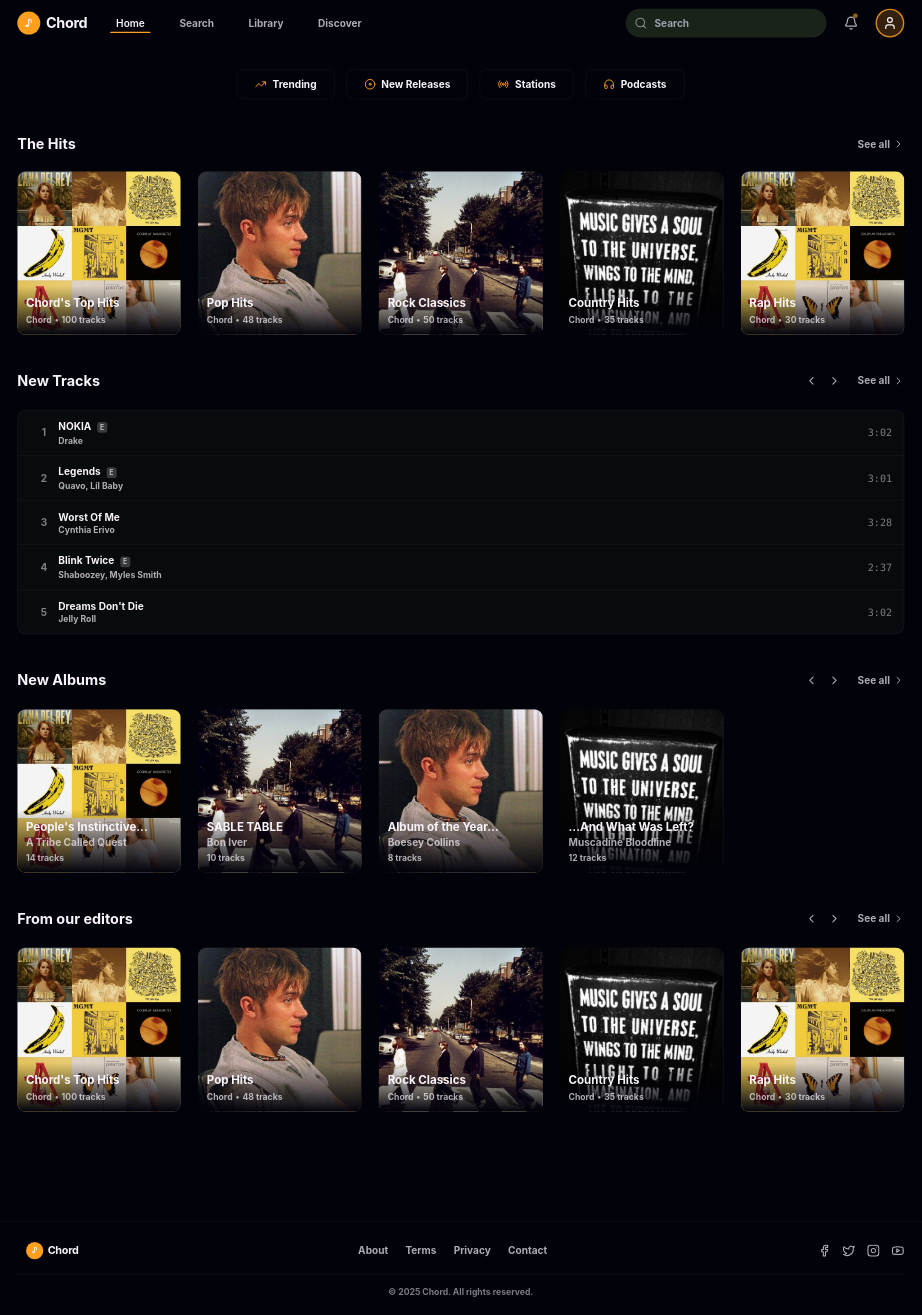
Repository: abhiijay/music-streaming-site
Page: /
An editor plug-in stored every save of this project. The page is shown before and after the next save, followed by the edit.
The browser window is 1280 px wide. The pictures show the whole page, at 72% of full size.
The project was rebuilt for these pictures with package versions that can differ from the ones it lists, and the page was loaded fresh each time. Also part of the build but not shown: vite.config.ts, src/components/ui/slider.tsx, src/components/now-playing.tsx, src/components/mini-player.tsx, src/pages/NotFound.tsx, src/hooks/use-toast.ts, src/components/ui/separator.tsx, src/pages/login.tsx and 17 more.

Above is the page before, as saved 2025-04-15 21:28:15.

### index.html
<!DOCTYPE html>
<html lang="en">
  <head>
    <meta charset="UTF-8" />
    <meta name="viewport" content="width=device-width, initial-scale=1.0" />
    <title>chord-blueprint-project</title>
    <meta name="description" content="Lovable Generated Project" />
    <meta name="author" content="Lovable" />

    <meta property="og:title" content="chord-blueprint-project" />
    <meta property="og:description" content="Lovable Generated Project" />
    <meta property="og:type" content="website" />
    <meta property="og:image" content="https://lovable.dev/opengraph-image-p98pqg.png" />

    <meta name="twitter:card" content="summary_large_image" />
    <meta name="twitter:site" content="@lovable_dev" />
    <meta name="twitter:image" content="https://lovable.dev/opengraph-image-p98pqg.png" />
  </head>

  <body>
    <div id="root"></div>
    <!-- IMPORTANT: DO NOT REMOVE THIS SCRIPT TAG OR THIS VERY COMMENT! -->
    <script src="https://cdn.gpteng.co/gptengineer.js" type="module"></script>
    <script type="module" src="/src/main.tsx"></script>
  </body>
</html>

### src/App.tsx

import { Routes, Route } from "react-router-dom";
import Index from "./pages/Index";
import NotFound from "./pages/NotFound";
import Login from "./pages/login";
import Album from "./pages/album";
import Playlist from "./pages/playlist";
import Collection from "./pages/collection";
import ForYou from "./pages/for-you";
import Explore from "./pages/explore";
import Search from "./pages/search";
import Notifications from "./pages/notifications";
import Artist from "./pages/artist";
import Profile from "./pages/profile";
import ViewAllPlaylists from "./pages/view-all-playlists";
import ViewAllAlbums from "./pages/view-all-albums";
import { PlayerProvider } from "./contexts/PlayerContext";
import "./index.css";

function App() {
  return (
    <PlayerProvider>
      <Routes>
        <Route path="/" element={<Index />} />
        <Route path="/login" element={<Login />} />
        <Route path="/album/:id" element={<Album />} />
        <Route path="/playlist/:id" element={<Playlist />} />
        <Route path="/collection" element={<Collection />} />
        <Route path="/collection/playlists" element={<Collection />} />
        <Route path="/collection/favorites" element={<Collection />} />
        <Route path="/for-you" element={<ForYou />} />
        <Route path="/explore" element={<Explore />} />
        <Route path="/search" element={<Search />} />
        <Route path="/notifications" element={<Notifications />} />
        <Route path="/artist/:id" element={<Artist />} />
        <Route path="/profile" element={<Profile />} />
        <Route path="/playlists" element={<ViewAllPlaylists />} />
        <Route path="/albums" element={<ViewAllAlbums />} />
        <Route path="*" element={<NotFound />} />
      </Routes>
    </PlayerProvider>
  );
}

export default App;

### src/pages/Index.tsx

import Layout from "@/components/layout";
import TrackItem from "@/components/track-item";
import PlaylistCard from "@/components/playlist-card";
import SectionHeader from "@/components/section-header";
import { mockSongs, Song } from "@/contexts/PlayerContext";
import { Button } from "@/components/ui/button";
import { ChevronRight, Disc, Headphones, Radio, TrendingUp } from "lucide-react";

const Index = () => {
  const playlists = [
    {
      id: "top-hits",
      title: "Chord's Top Hits",
      imageUrl: "/lovable-uploads/86fe2794-e609-4196-8564-e55c1436ec48.png",
      creator: "Chord",
      tracksCount: 100
    },
    {
      id: "pop-hits",
      title: "Pop Hits",
      imageUrl: "/lovable-uploads/81d39118-ff63-460e-993d-275178cd6c40.png",
      creator: "Chord",
      tracksCount: 48
    },
    {
      id: "rock-classics",
      title: "Rock Classics",
      imageUrl: "/lovable-uploads/00e244a7-d659-4312-befb-52b043a87ce6.png",
      creator: "Chord",
      tracksCount: 50
    },
    {
      id: "rnb-favorites",
      title: "Country Hits",
      imageUrl: "/lovable-uploads/a910c028-5947-4358-b83a-240ed8a516ca.png",
      creator: "Chord",
      tracksCount: 35
    },
    {
      id: "hip-hop-mix",
      title: "Rap Hits",
      imageUrl: "/lovable-uploads/86fe2794-e609-4196-8564-e55c1436ec48.png",
      creator: "Chord",
      tracksCount: 30
    }
  ];

  const newTracks: Song[] = mockSongs;

  const newAlbums = [
    {
      id: "1",
      title: "People's Instinctive...",
      imageUrl: "/lovable-uploads/86fe2794-e609-4196-8564-e55c1436ec48.png",
      description: "A Tribe Called Quest",
      tracksCount: 14
    },
    {
      id: "2",
      title: "SABLE TABLE",
      imageUrl: "/lovable-uploads/00e244a7-d659-4312-befb-52b043a87ce6.png",
      description: "Bon Iver",
      tracksCount: 10
    },
    {
      id: "3",
      title: "Album of the Year...",
      imageUrl: "/lovable-uploads/81d39118-ff63-460e-993d-275178cd6c40.png",
      description: "Boesey Collins",
      tracksCount: 8
    },
    {
      id: "4",
      title: "...And What Was Left?",
      imageUrl: "/lovable-uploads/a910c028-5947-4358-b83a-240ed8a516ca.png",
      description: "Muscadine Bloodline",
      tracksCount: 12
    }
  ];

  // Categories for quick navigation
  const categories = [
    { name: "Trending", icon: <TrendingUp size={18} className="mr-2 text-chord-red" />, path: "/trending" },
    { name: "New Releases", icon: <Disc size={18} className="mr-2 text-chord-red" />, path: "/new-releases" },
    { name: "Stations", icon: <Radio size={18} className="mr-2 text-chord-red" />, path: "/stations" },
    { name: "Podcasts", icon: <Headphones size={18} className="mr-2 text-chord-red" />, path: "/podcasts" },
  ];

  return (
    <Layout>
      {/* Categories section */}
      <section className="mb-12">
        <div className="flex items-center justify-center gap-4 mt-2">
          {categories.map((category) => (
            <Button
              key={category.name}
              variant="ghost"
              className="bg-chord-bg border border-white/5 hover:bg-chord-hover hover:border-chord-red/30 px-6 py-5"
              onClick={() => window.location.href = category.path}
            >
              <div className="flex items-center">
                {category.icon}
                <span className="font-bold">{category.name}</span>
              </div>
            </Button>
          ))}
        </div>
      </section>

      <section className="mb-12">
        <SectionHeader title="The Hits" seeAllLink="/playlists" />
        <div className="grid grid-cols-3 lg:grid-cols-4 xl:grid-cols-5 gap-6">
          {playlists.map((playlist) => (
            <PlaylistCard
              key={playlist.id}
              id={playlist.id}
              title={playlist.title}
              imageUrl={playlist.imageUrl}
              tracksCount={playlist.tracksCount}
              creator={playlist.creator}
            />
          ))}
        </div>
      </section>

      <section className="mb-12">
        <SectionHeader title="New Tracks" seeAllLink="/playlists/new-tracks" showControls />
        <div className="bg-chord-hover/30 rounded-lg overflow-hidden border border-white/5">
          {newTracks.map((track, index) => (
            <TrackItem
              key={track.id}
              id={track.id}
              title={track.title}
              artist={track.artist}
              duration={track.duration}
              explicit={track.explicit}
              index={index + 1}
              showImage={false}
              audioUrl={track.audioUrl}
              imageUrl={track.imageUrl}
              songs={newTracks}
            />
          ))}
        </div>
      </section>

      <section className="mb-12">
        <SectionHeader title="New Albums" seeAllLink="/albums" showControls />
        <div className="grid grid-cols-3 lg:grid-cols-4 xl:grid-cols-5 gap-6">
          {newAlbums.map((album) => (
            <PlaylistCard
              key={album.id}
              id={album.id}
              title={album.title}
              imageUrl={album.imageUrl}
              description={album.description}
              tracksCount={album.tracksCount}
            />
          ))}
        </div>
      </section>

      <section className="mb-12">
        <SectionHeader title="From our editors" seeAllLink="/playlists/editors-picks" showControls />
        <div className="grid grid-cols-3 lg:grid-cols-4 xl:grid-cols-5 gap-6">
          {playlists.slice(0, 5).map((playlist) => (
            <PlaylistCard
              key={playlist.id}
              id={playlist.id}
              title={playlist.title}
              imageUrl={playlist.imageUrl}
              tracksCount={playlist.tracksCount}
              creator={playlist.creator}
            />
          ))}
        </div>
      </section>
    </Layout>
  );
};

export default Index;

### src/components/layout.tsx

import { ReactNode, useState, useEffect } from "react";
import Header from "./header";
import NowPlaying from "./now-playing";
import { cn } from "@/lib/utils";
import MiniPlayer from "./mini-player";
import AmbientBackground from "./ambient-background";
import { Toaster } from "sonner";
import RippleEffect from "./ripple-effect";
import Footer from "./footer";
import { extractDominantColor } from "@/utils/colorUtils";
import { usePlayer } from "@/contexts/PlayerContext";
import { useLocation } from "react-router-dom";

interface LayoutProps {
  children: ReactNode;
  pageColor?: string; // For page-specific theming
}

const Layout = ({ children, pageColor }: LayoutProps) => {
  const [isScrolled, setIsScrolled] = useState(false);
  const [showMiniPlayer, setShowMiniPlayer] = useState(false);
  const [dominantColor, setDominantColor] = useState<string | undefined>(pageColor);
  const { currentSong } = usePlayer();
  const location = useLocation();
  const isHomePage = location.pathname === "/";

  // Extract dominant color from current song if available
  useEffect(() => {
    if (currentSong?.imageUrl) {
      extractDominantColor(currentSong.imageUrl)
        .then(color => {
          setDominantColor(color);
        })
        .catch(err => {
          console.error("Error extracting color:", err);
        });
    } else if (pageColor) {
      setDominantColor(pageColor);
    }
  }, [currentSong, pageColor]);

  useEffect(() => {
    const handleScroll = () => {
      if (window.scrollY > 300) {
        setShowMiniPlayer(true);
        setIsScrolled(true);
      } else {
        setShowMiniPlayer(false);
        setIsScrolled(false);
      }
    };

    window.addEventListener("scroll", handleScroll);
    return () => window.removeEventListener("scroll", handleScroll);
  }, []);

  return (
    <div className="min-h-screen text-chord-text flex flex-col bg-chord-bg">
      {/* Ambient background with enhanced visuals */}
      <AmbientBackground accentColor={dominantColor} />

      {/* Ripple effect for buttons */}
      <RippleEffect color="rgba(194, 1, 20, 0.3)" />

      {/* Toast notifications */}
      <Toaster
        position="top-right"
        closeButton
        className="z-[100]"
      />

      {/* Header */}
      <Header isScrolled={isScrolled} />

      {/* Main content */}
      <main className="pt-16 pb-20 transition-all duration-300 flex-grow">
        <div className="container mx-auto py-6 px-6 animate-fade-in">
          {children}
        </div>
      </main>

      {/* Footer */}
      <Footer />

      {/* Fixed mini player */}
      {showMiniPlayer && <MiniPlayer />}

      {/* Main player */}
      <NowPlaying dominantColor={dominantColor} />
    </div>
  );
};

export default Layout;

### src/components/section-header.tsx

import { Link } from "react-router-dom";
import { ChevronRight, ChevronLeft, ChevronRightIcon } from "lucide-react";
import { cn } from "@/lib/utils";

interface SectionHeaderProps {
  title: string;
  seeAllLink?: string;
  showControls?: boolean;
  className?: string;
}

const SectionHeader = ({
  title,
  seeAllLink,
  showControls = false,
  className,
}: SectionHeaderProps) => {
  return (
    <div
      className={cn(
        "flex items-center justify-between mb-6",
        className
      )}
    >
      <h2 className="text-lg md:text-xl font-bold text-chord-text">
        {title}
      </h2>

      <div className="flex items-center">
        {showControls && (
          <div className="hidden md:flex items-center mr-4">
            <button
              className="w-8 h-8 rounded-full flex items-center justify-center text-chord-text/70 hover:text-chord-text hover:bg-white/5 transition-all duration-200"
              aria-label="Previous"
            >
              <ChevronLeft size={18} />
            </button>
            <button
              className="w-8 h-8 rounded-full flex items-center justify-center text-chord-text/70 hover:text-chord-text hover:bg-white/5 transition-all duration-200"
              aria-label="Next"
            >
              <ChevronRight size={18} />
            </button>
          </div>
        )}

        {seeAllLink && (
          <Link
            to={seeAllLink}
            className="text-sm font-bold text-chord-text/70 hover:text-chord-red flex items-center transition-colors duration-200"
          >
            See all
            <ChevronRightIcon size={16} className="ml-1" />
          </Link>
        )}
      </div>
    </div>
  );
};

export default SectionHeader;

### src/components/ui/button.tsx
import * as React from "react"
import { Slot } from "@radix-ui/react-slot"
import { cva, type VariantProps } from "class-variance-authority"

import { cn } from "@/lib/utils"

const buttonVariants = cva(
  "inline-flex items-center justify-center gap-2 whitespace-nowrap rounded-md text-sm font-medium ring-offset-background transition-colors focus-visible:outline-none focus-visible:ring-2 focus-visible:ring-ring focus-visible:ring-offset-2 disabled:pointer-events-none disabled:opacity-50 [&_svg]:pointer-events-none [&_svg]:size-4 [&_svg]:shrink-0",
  {
    variants: {
      variant: {
        default: "bg-primary text-primary-foreground hover:bg-primary/90",
        destructive:
          "bg-destructive text-destructive-foreground hover:bg-destructive/90",
        outline:
          "border border-input bg-background hover:bg-accent hover:text-accent-foreground",
        secondary:
          "bg-secondary text-secondary-foreground hover:bg-secondary/80",
        ghost: "hover:bg-accent hover:text-accent-foreground",
        link: "text-primary underline-offset-4 hover:underline",
      },
      size: {
        default: "h-10 px-4 py-2",
        sm: "h-9 rounded-md px-3",
        lg: "h-11 rounded-md px-8",
        icon: "h-10 w-10",
      },
    },
    defaultVariants: {
      variant: "default",
      size: "default",
    },
  }
)

export interface ButtonProps
  extends React.ButtonHTMLAttributes<HTMLButtonElement>,
    VariantProps<typeof buttonVariants> {
  asChild?: boolean
}

const Button = React.forwardRef<HTMLButtonElement, ButtonProps>(
  ({ className, variant, size, asChild = false, ...props }, ref) => {
    const Comp = asChild ? Slot : "button"
    return (
      <Comp
        className={cn(buttonVariants({ variant, size, className }))}
        ref={ref}
        {...props}
      />
    )
  }
)
Button.displayName = "Button"

export { Button, buttonVariants }

### src/components/app-logo.tsx

import { cn } from "@/lib/utils";

interface AppLogoProps {
  size?: "small" | "medium" | "large";
  className?: string;
}

const AppLogo = ({ size = "medium", className }: AppLogoProps) => {
  return (
    <div className={cn(
      "flex items-center",
      size === "small" && "scale-75",
      size === "large" && "scale-125",
      className
    )}>
      <div className="flex items-center">
        <div className="w-8 h-8 bg-chord-red rounded-full flex items-center justify-center mr-2">
          <span className="text-chord-text font-bold text-sm">♪</span>
        </div>
        <span className="text-chord-text font-bold text-xl tracking-tight">Chord</span>
      </div>
    </div>
  );
};

export default AppLogo;

### src/components/ripple-effect.tsx

import { useEffect, useState } from "react";

interface RippleEffectProps {
  color?: string;
  duration?: number;
}

interface Ripple {
  x: number;
  y: number;
  size: number;
  id: number;
}

export const RippleEffect = ({ color = "rgba(255, 255, 255, 0.3)", duration = 600 }: RippleEffectProps) => {
  const [ripples, setRipples] = useState<Ripple[]>([]);

  useEffect(() => {
    const element = document.documentElement;
    let rippleCount = 0;

    const createRipple = (e: MouseEvent) => {
      // Only create ripple on buttons, links, and elements with ripple class
      const target = e.target as HTMLElement;

      if (
        target.tagName === "BUTTON" ||
        target.tagName === "A" ||
        target.classList.contains("ripple-effect") ||
        target.closest(".btn") ||
        target.closest(".ripple-effect")
      ) {
        // Get element position
        const rect = (e.currentTarget as HTMLElement).getBoundingClientRect();
        const x = e.clientX - rect.left;
        const y = e.clientY - rect.top;

        // Determine ripple size based on element's diagonal
        const size = Math.max(rect.width, rect.height) * 2;

        // Create new ripple
        const newRipple: Ripple = {
          x,
          y,
          size,
          id: rippleCount++
        };

        setRipples(prevRipples => [...prevRipples, newRipple]);

        // Remove ripple after animation
        setTimeout(() => {
          setRipples(prevRipples => prevRipples.filter(r => r.id !== newRipple.id));
        }, duration);
      }
    };

    // Add click listener to document
    document.addEventListener('mousedown', createRipple);

    return () => {
      document.removeEventListener('mousedown', createRipple);
    };
  }, [duration, color]);

  return (
    <>
      {ripples.map(ripple => (
        <span
          key={ripple.id}
          className="ripple absolute pointer-events-none rounded-full"
          style={{
            left: ripple.x - ripple.size / 2 + 'px',
            top: ripple.y - ripple.size / 2 + 'px',
            width: ripple.size + 'px',
            height: ripple.size + 'px',
            backgroundColor: color,
            animationDuration: duration + 'ms'
          }}
        />
      ))}
    </>
  );
};

export default RippleEffect;

### src/components/footer.tsx

import { Link } from "react-router-dom";
import { Facebook, Twitter, Instagram, Youtube } from "lucide-react";
import { cn } from "@/lib/utils";
import AppLogo from "./app-logo";

const Footer = () => {
  return (
    <footer className="border-t border-white/5 py-6">
      <div className="container mx-auto px-6">
        <div className="flex justify-between items-center">
          {/* Logo */}
          <div className="flex items-center">
            <AppLogo size="small" />
          </div>

          {/* Links */}
          <div className="flex items-center space-x-6">
            <Link to="/about" className="text-chord-text/70 hover:text-chord-text text-sm font-bold">
              About
            </Link>
            <Link to="/terms" className="text-chord-text/70 hover:text-chord-text text-sm font-bold">
              Terms
            </Link>
            <Link to="/privacy" className="text-chord-text/70 hover:text-chord-text text-sm font-bold">
              Privacy
            </Link>
            <Link to="/contact" className="text-chord-text/70 hover:text-chord-text text-sm font-bold">
              Contact
            </Link>
          </div>

          {/* Social Icons */}
          <div className="flex items-center space-x-4">
            <a
              href="https://facebook.com"
              target="_blank"
              rel="noopener noreferrer"
              className="text-chord-text/70 hover:text-chord-text hover:scale-110 transition-all duration-200"
            >
              <Facebook size={18} />
            </a>
            <a
              href="https://twitter.com"
              target="_blank"
              rel="noopener noreferrer"
              className="text-chord-text/70 hover:text-chord-text hover:scale-110 transition-all duration-200"
            >
              <Twitter size={18} />
            </a>
            <a
              href="https://instagram.com"
              target="_blank"
              rel="noopener noreferrer"
              className="text-chord-text/70 hover:text-chord-text hover:scale-110 transition-all duration-200"
            >
              <Instagram size={18} />
            </a>
            <a
              href="https://youtube.com"
              target="_blank"
              rel="noopener noreferrer"
              className="text-chord-text/70 hover:text-chord-text hover:scale-110 transition-all duration-200"
            >
              <Youtube size={18} />
            </a>
          </div>
        </div>

        <div className="mt-4 border-t border-white/5 pt-4 flex justify-center">
          <p className="text-chord-text/50 text-xs font-bold">
            &copy; {new Date().getFullYear()} Chord. All rights reserved.
          </p>
        </div>
      </div>
    </footer>
  );
};

export default Footer;

### src/components/ui/tooltip.tsx

import * as React from "react";
import * as TooltipPrimitive from "@radix-ui/react-tooltip";

import { cn } from "@/lib/utils";

const TooltipProvider = TooltipPrimitive.Provider;

const Tooltip = TooltipPrimitive.Root;

const TooltipTrigger = TooltipPrimitive.Trigger;

const TooltipContent = React.forwardRef<
  React.ElementRef<typeof TooltipPrimitive.Content>,
  React.ComponentPropsWithoutRef<typeof TooltipPrimitive.Content>
>(({ className, sideOffset = 4, ...props }, ref) => (
  <TooltipPrimitive.Content
    ref={ref}
    sideOffset={sideOffset}
    className={cn(
      "z-50 overflow-hidden rounded-md bg-chord-gray px-3 py-1.5 text-xs text-white animate-in fade-in-0 zoom-in-95 data-[state=closed]:animate-out data-[state=closed]:fade-out-0 data-[state=closed]:zoom-out-95 data-[side=bottom]:slide-in-from-top-2 data-[side=left]:slide-in-from-right-2 data-[side=right]:slide-in-from-left-2 data-[side=top]:slide-in-from-bottom-2",
      className
    )}
    {...props}
  />
));
TooltipContent.displayName = TooltipPrimitive.Content.displayName;

export { Tooltip, TooltipTrigger, TooltipContent, TooltipProvider };

Loaded but not shown: src/main.tsx (common file); src/lib/utils.ts (common file); src/utils/colorUtils.ts (345 lines, source omitted); src/contexts/PlayerContext.tsx (346 lines, source omitted); src/components/ui/dropdown-menu.tsx (198 lines, source omitted); src/index.css (318 lines, source omitted); src/components/header.tsx (184 lines, source omitted); tailwind.config.ts (185 lines, source omitted); src/components/ambient-background.tsx (136 lines, source omitted); src/components/track-item.tsx (133 lines, source omitted); src/components/playlist-card.tsx (98 lines, source omitted)

After the next save:
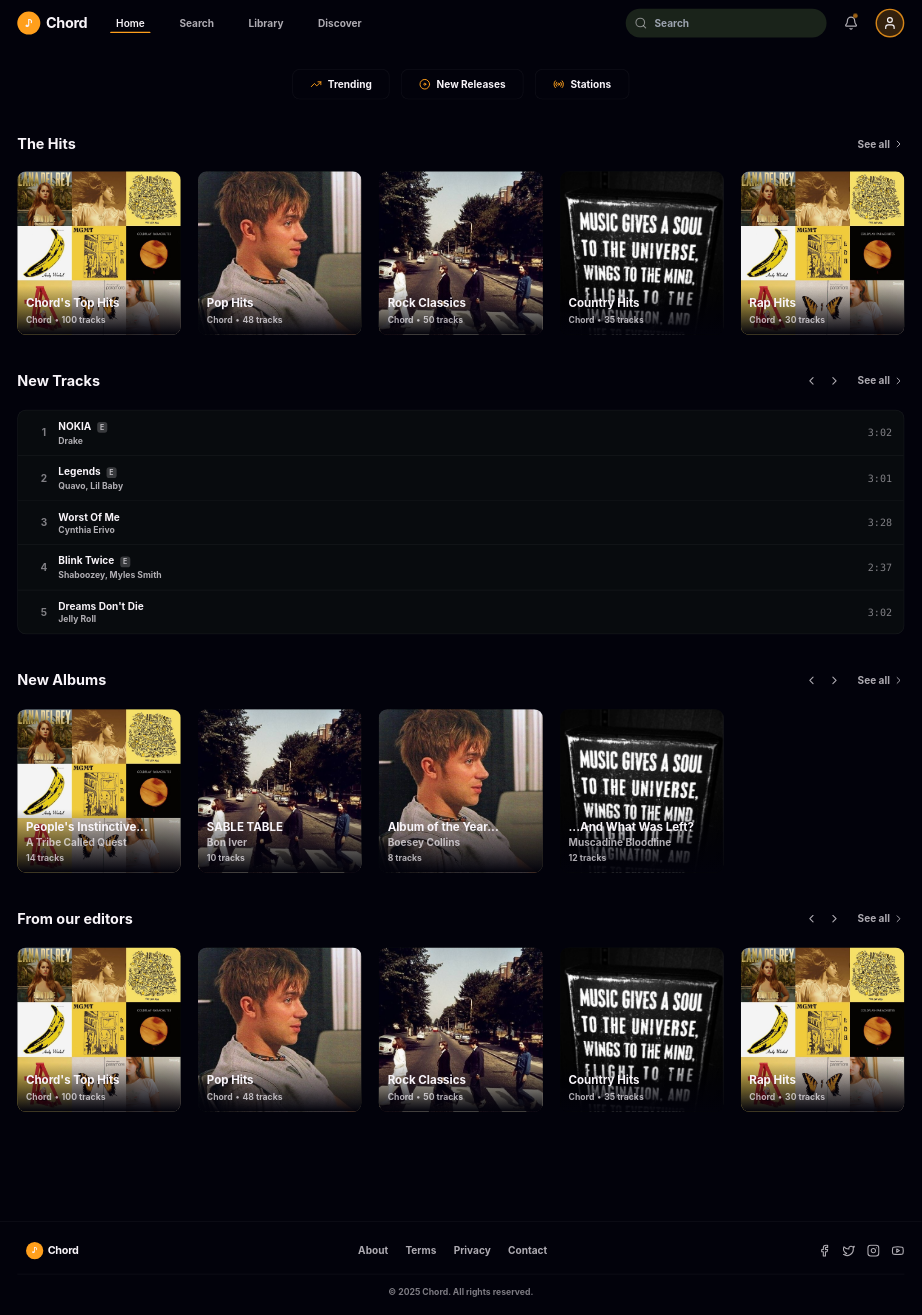
Saved 53 s later.
--- a/src/pages/Index.tsx
+++ b/src/pages/Index.tsx
@@ -84,7 +84,7 @@ const Index = () => {
     { name: "Trending", icon: <TrendingUp size={18} className="mr-2 text-chord-red" />, path: "/trending" },
     { name: "New Releases", icon: <Disc size={18} className="mr-2 text-chord-red" />, path: "/new-releases" },
     { name: "Stations", icon: <Radio size={18} className="mr-2 text-chord-red" />, path: "/stations" },
-    { name: "Podcasts", icon: <Headphones size={18} className="mr-2 text-chord-red" />, path: "/podcasts" },
+
   ];
 
   return (
